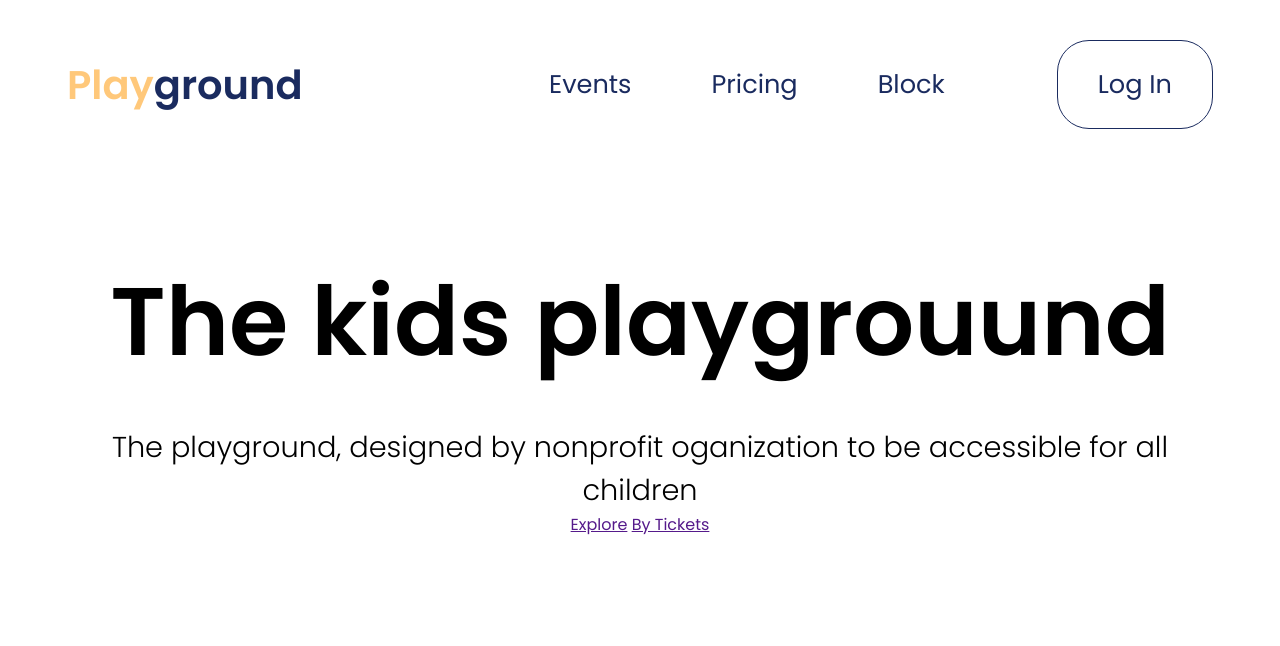
Repository: tuanpham-aptech/front-end
Page: psdtohtml/playgroud/index.html
These files come from the project's save history. The page is drawn as it stood at one moment and after the next save; the edit follows.
The browser window is 1280 px wide. The pictures show the whole page.
Some web libraries are served in a nearby version.

Above is the page before, as saved 2021-10-13 17:49:18.

After the next save:
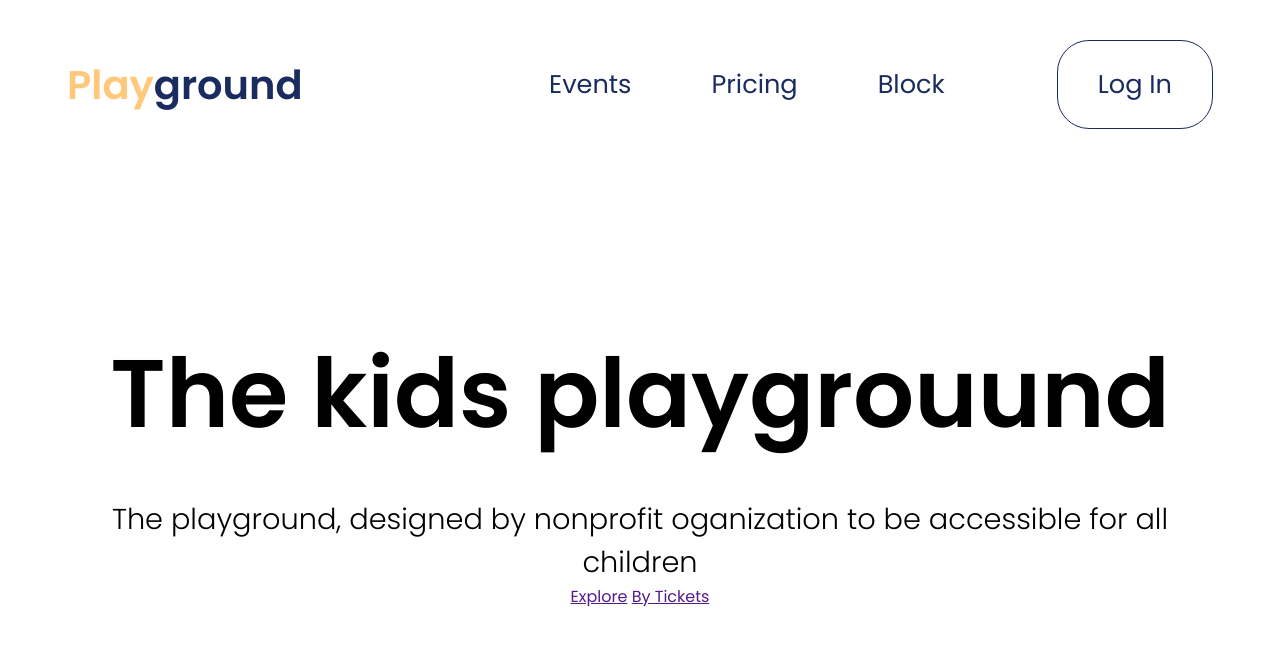
Saved 42 s later.
--- a/psdtohtml/playgroud/assets/css/style.css
+++ b/psdtohtml/playgroud/assets/css/style.css
@@ -77,7 +77,7 @@
 }
 
 .banner {
-    padding-top: 120px;
+    padding-top: 12rem;
     max-width: 80rem;
     margin: 0 auto;
     text-align: center;
